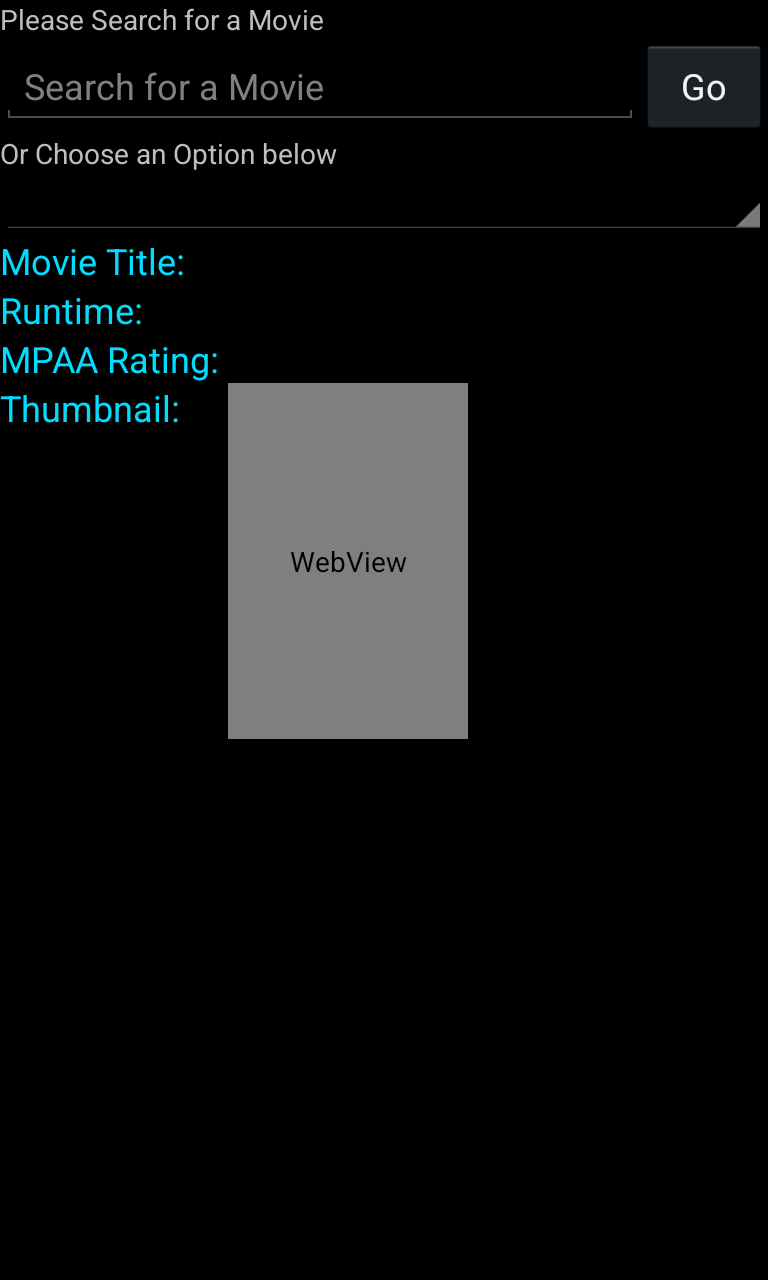
Repository: mikesmithjr/Java1
Layout: Week 4/MovieListing/res/layout/form.xml
The author's editor kept a copy of each file at every save. The layout is drawn from the files as they stood at one save, then again after the next save.
Pictures or frames that could not be fetched are drawn as grey boxes. It is drawn on a 768 x 1280 px phone screen (xhdpi) without system bars, with theme AppTheme; the app's code is not run.

Above is the layout before, as saved 2013-08-01 06:52:16.

### Week 4/MovieListing/res/layout/form.xml
<?xml version="1.0" encoding="utf-8"?>
<LinearLayout xmlns:android="http://schemas.android.com/apk/res/android"
    android:layout_width="match_parent"
    android:layout_height="match_parent"
    android:orientation="vertical" >

    <TextView
            android:layout_width="match_parent"
            android:layout_height="wrap_content"
            android:text="@string/please_search_for_a_movie"/>

    <LinearLayout
        android:layout_width="match_parent"
        android:layout_height="wrap_content"
        android:orientation="horizontal">


        <EditText
            android:id="@+id/searchField"
            android:layout_width="0dip"
            android:layout_weight="1"
            android:layout_height="wrap_content"
            android:hint="@string/search_for_a_movie"/>

        <Button
            android:id="@+id/searchButton"
            android:layout_width="wrap_content"
            android:layout_height="wrap_content"
            android:text="@string/go"/>


    </LinearLayout>

    <TextView
        android:layout_width="match_parent"
        android:layout_height="wrap_content"
        android:text="@string/or_choose_an_option_below"/>

    <Spinner
        android:id="@+id/spinner"
        android:layout_width="match_parent"
        android:layout_height="wrap_content"/>

    <GridLayout
        android:id="@+id/moviedata"
        android:layout_width="match_parent"
        android:layout_height="0dip"
        android:layout_weight="1"
        android:columnCount="2">

        <TextView
            android:layout_width="wrap_content"
            android:layout_height="wrap_content"
            android:text="@string/movie_title_"
            style="@style/MovieLabel"/>
        <TextView
            android:id="@+id/data_title"
            android:layout_width="wrap_content"
            android:layout_height="wrap_content"
            style="@style/MovieInfo"/>
        <TextView
            android:layout_width="wrap_content"
            android:layout_height="wrap_content"
            android:text="@string/runtime_"
            style="@style/MovieLabel"/>
        <TextView
            android:id="@+id/data_runtime"
            android:layout_width="wrap_content"
            android:layout_height="wrap_content"
            style="@style/MovieInfo"/>
        <TextView
            android:layout_width="wrap_content"
            android:layout_height="wrap_content"
            android:text="@string/mpaa_rating_"
            style="@style/MovieLabel"/>
        <TextView
            android:id="@+id/data_rating"
            android:layout_width="wrap_content"
            android:layout_height="wrap_content"
            style="@style/MovieInfo"/>
        <TextView
            android:layout_width="wrap_content"
            android:layout_height="wrap_content"
            android:text="@string/thumbnail_"
            style="@style/MovieLabel"/>
        <WebView
            android:id="@+id/data_thumbnail"
            android:layout_width="120dp"
            android:layout_height="178dp"/>

    </GridLayout>

</LinearLayout>

### Week 4/MovieListing/res/values/styles.xml
<resources xmlns:android="http://schemas.android.com/apk/res/android">

       <style name="AppTheme" parent="android:Theme.Holo"></style>
        <style name= "MovieLabel">
            <item name= "android:textStyle">normal</item>
            <item name= "android:textColor">@android:color/holo_blue_bright</item>
            <item name= "android:textSize">18dp</item>
        </style>
        <style name= "MovieInfo">
            <item name= "android:textStyle">normal</item>
            <item name= "android:textColor">@android:color/holo_green_light</item>
            <item name= "android:textSize">18dp</item>
        </style>
        <style name= "InfoLabel">
            <item name= "android:textStyle">bold</item>
            <item name= "android:textColor">@android:color/holo_orange_dark</item>
            <item name= "android:textSize">25dp</item>
        </style>


</resources>

### Week 4/MovieListing/res/values/strings.xml
<?xml version="1.0" encoding="utf-8"?>
<resources>

    <string name="app_name">MovieListing</string>
    <string name="action_settings">Settings</string>
    <string name="hello_world">Hello world!</string>
    <string-array name="movie_array">
        <item >Please Choose an option</item>
        <item >Current Movies</item>
        <item >Upcoming Movies</item>

    </string-array>
        <string name="search_for_a_movie">Search for a Movie</string>
        <string name="go">Go</string>
        <string name="please_search_for_a_movie">Please Search for a Movie</string>
        <string name="or_choose_an_option_below">Or Choose an Option below</string>
        <string name="movie_title_">"Movie Title: "</string>
        <string name="runtime_">"Runtime: "</string>
        <string name="mpaa_rating_">"MPAA Rating: "</string>
        <string name="thumbnail_">"Thumbnail: "</string>

</resources>

After the next save:
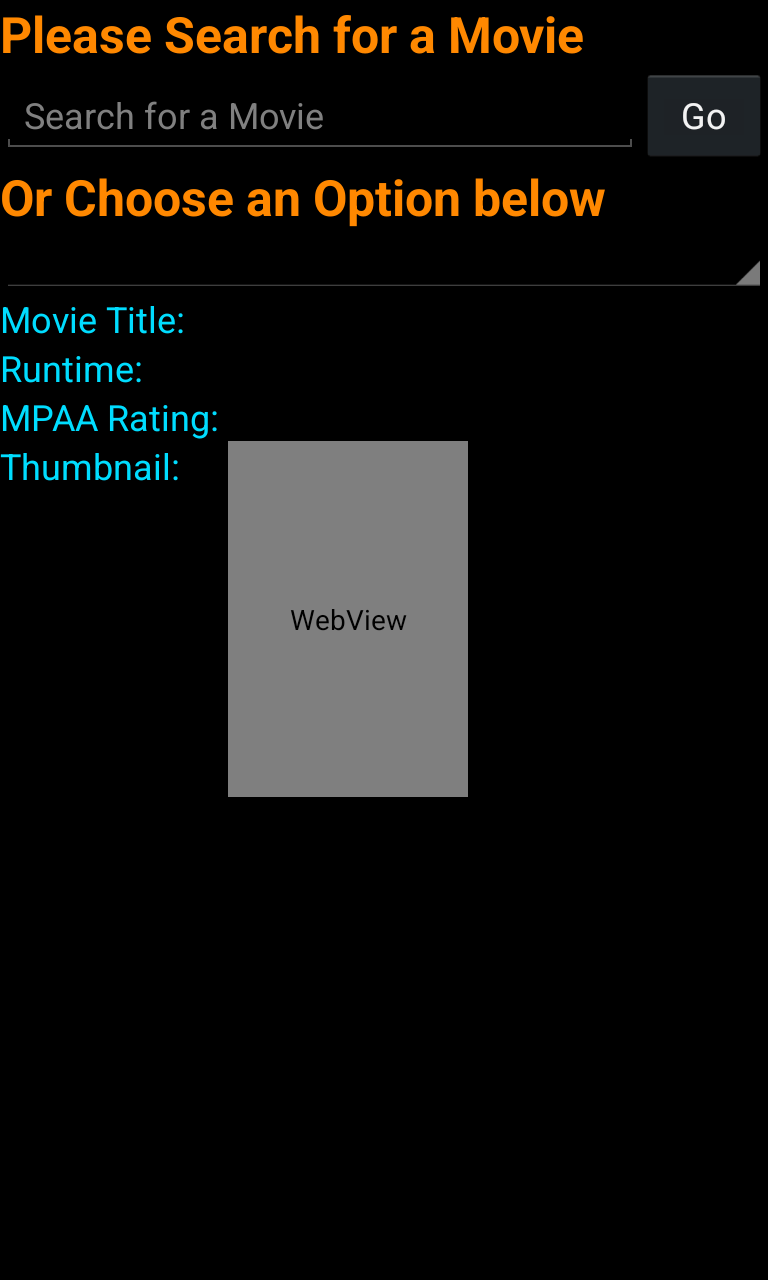
Saved 31 s later.
--- a/Week 4/MovieListing/res/layout/form.xml
+++ b/Week 4/MovieListing/res/layout/form.xml
@@ -7,7 +7,8 @@
     <TextView
             android:layout_width="match_parent"
             android:layout_height="wrap_content"
-            android:text="@string/please_search_for_a_movie"/>
+            android:text="@string/please_search_for_a_movie"
+            style="@style/InfoLabel"/>
 
     <LinearLayout
         android:layout_width="match_parent"
@@ -34,7 +35,8 @@
     <TextView
         android:layout_width="match_parent"
         android:layout_height="wrap_content"
-        android:text="@string/or_choose_an_option_below"/>
+        android:text="@string/or_choose_an_option_below"
+        style="@style/InfoLabel"/>
 
     <Spinner
         android:id="@+id/spinner"
